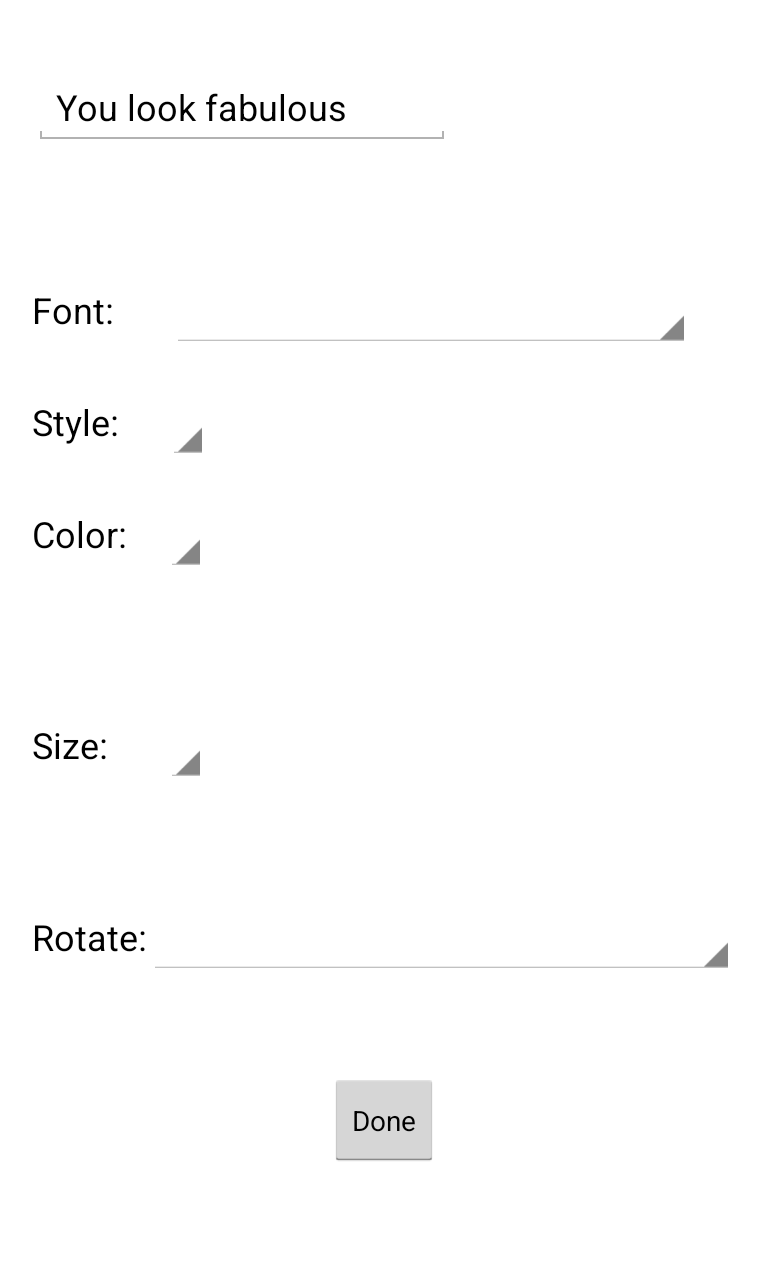
Repository: rtyanas/MyPics
Layout: workspace/MyPic/res/layout/activity_settings.xml
These files come from the project's save history. The layout is drawn as it stood at one moment and after the next save; the edit follows.
It is drawn on a 768 x 1280 px phone screen (xhdpi) without system bars, with theme AppTheme; the app's code is not run.

Above is the layout before, as saved 2013-12-17 19:47:13.

### workspace/MyPic/res/layout/activity_settings.xml
<RelativeLayout xmlns:android="http://schemas.android.com/apk/res/android"
    xmlns:tools="http://schemas.android.com/tools"
    android:id="@+id/message"
    android:layout_width="match_parent"
    android:layout_height="match_parent"
    android:paddingBottom="@dimen/activity_vertical_margin"
    android:paddingLeft="@dimen/activity_horizontal_margin"
    android:paddingRight="@dimen/activity_horizontal_margin"
    android:paddingTop="@dimen/activity_vertical_margin"
    tools:context=".SettingsActivity" >

    <EditText
        android:id="@+id/editText1"
        android:layout_width="wrap_content"
        android:layout_height="wrap_content"
        android:layout_alignParentTop="true"
        android:layout_marginTop="18dp"
        android:ems="10"
        android:text="@string/fabulous" />

    <Button
        android:id="@+id/done"
        style="?android:attr/buttonStyleSmall"
        android:layout_width="wrap_content"
        android:layout_height="wrap_content"
        android:layout_alignParentBottom="true"
        android:layout_centerHorizontal="true"
        android:layout_marginBottom="40dp"
        android:text="@string/done" />

    <LinearLayout
        android:id="@+id/linearLayout1"
        android:layout_width="wrap_content"
        android:layout_height="wrap_content"
        android:layout_alignLeft="@+id/editText1"
        android:layout_below="@+id/editText1"
        android:layout_marginTop="69dp" >

        <TextView
            android:id="@+id/textView2"
            android:layout_width="69dp"
            android:layout_height="wrap_content"
            android:text="@string/font"
            android:textAppearance="?android:attr/textAppearanceMedium" />

        <Spinner
            android:id="@+id/font"
            android:layout_width="261dp"
            android:layout_height="wrap_content" />
    </LinearLayout>

    <LinearLayout
        android:id="@+id/linearLayout2"
        android:layout_width="wrap_content"
        android:layout_height="wrap_content"
        android:layout_alignLeft="@+id/linearLayout1"
        android:layout_below="@+id/linearLayout1"
        android:layout_marginTop="24dp" >

        <TextView
            android:id="@+id/textView1"
            android:layout_width="67dp"
            android:layout_height="wrap_content"
            android:text="@string/style"
            android:textAppearance="?android:attr/textAppearanceMedium" />

        <Spinner
            android:id="@+id/style"
            android:layout_width="wrap_content"
            android:layout_height="wrap_content"
            android:layout_weight="1" />
    </LinearLayout>

    <LinearLayout
        android:id="@+id/linearLayout3"
        android:layout_width="wrap_content"
        android:layout_height="wrap_content"
        android:layout_alignLeft="@+id/linearLayout2"
        android:layout_below="@+id/linearLayout2"
        android:layout_marginTop="24dp" >

        <TextView
            android:id="@+id/textView3"
            android:layout_width="66dp"
            android:layout_height="wrap_content"
            android:text="@string/color_label"
            android:textAppearance="?android:attr/textAppearanceMedium" />

        <Spinner
            android:id="@+id/color"
            android:layout_width="wrap_content"
            android:layout_height="wrap_content"
            android:layout_weight="1" />
    </LinearLayout>

    <LinearLayout
        android:id="@+id/linearLayout4"
        android:layout_width="wrap_content"
        android:layout_height="wrap_content"
        android:layout_above="@+id/done"
        android:layout_alignLeft="@+id/linearLayout3"
        android:layout_marginBottom="83dp" >

        <TextView
            android:id="@+id/textView4"
            android:layout_width="66dp"
            android:layout_height="wrap_content"
            android:text="@string/size_label"
            android:textAppearance="?android:attr/textAppearanceMedium" />

        <Spinner
            android:id="@+id/size"
            android:layout_width="wrap_content"
            android:layout_height="wrap_content"
            android:layout_marginBottom="61dp"
            android:layout_weight="1"  />
    </LinearLayout>

    <LinearLayout
        android:id="@+id/linearLayout5"
        android:layout_width="wrap_content"
        android:layout_height="wrap_content"
        android:layout_above="@+id/done"
        android:layout_alignLeft="@+id/linearLayout4"
        android:layout_marginBottom="48dp" >

        <TextView
            android:id="@+id/textView5"
            android:layout_width="wrap_content"
            android:layout_height="wrap_content"
            android:text="@string/rotate_label"
            android:textAppearance="?android:attr/textAppearanceMedium" />

        <Spinner
            android:id="@+id/rotate"
            android:layout_width="364dp"
            android:layout_height="wrap_content"
            android:layout_weight="1" />
    </LinearLayout>

</RelativeLayout>

### workspace/MyPic/res/values/strings.xml
<?xml version="1.0" encoding="utf-8"?>
<resources>

    <string name="app_name">MyPic</string>
    <string name="action_settings">Settings</string>
    <string name="hello_world">Hello world!</string>
    <string name="fabulous">You look fabulous</string>
    <string name="my_pic_image">myPic Image</string>
    <string name="get_image">Get Image</string>
    <string name="title_activity_get_image">GetImageActivity</string>
    <string name="title_activity_settings">SettingsActivity</string>
    <string name="init_text">You are fabulous</string>
    <string name="done">Done</string>
    <string-array name="Fonts">
        <item >Normal</item>
        <item >Monospace</item>
        <item >Sans Serif</item>
        <item >Serif</item>
    </string-array>
    <string-array name="Color">
        <item >Black</item>
        <item >Red</item>
        <item >Green</item>
        <item >White</item>
        <item >Blue</item>
        <item >Grey</item>
        <item >Cyan</item>
        <item >Dark Gray</item>
        <item >Magenta</item>
        <item >Transparent</item>
        <item >Yellow</item>
    </string-array>
    <string-array name="Style">
        <item >Bold</item>
        <item >Bold Italic</item>
        <item >Italic</item>
        <item >Normal</item>
    </string-array>
    <string-array name="Size">
        <item >12</item>
        <item >16</item>
        <item >18</item>
        <item >24</item>
        <item >28</item>
        <item >32</item>
        <item >36</item>
        <item >40</item>
    </string-array>
    <string-array name="Rotate">
        <item >0</item>
        <item >-90</item>
        <item >90</item>
    </string-array>
        <string name="font">Font:</string>
        <string name="style">Style:</string>
        <string name="color_label">Color:</string>
        <string name="size_label">Size:</string>
        <string name="rotate_label">Rotate:</string>

</resources>

Loaded but not shown: workspace/MyPic/res/values/styles.xml (common file); workspace/MyPic/res/values-v11/styles.xml (common file); workspace/MyPic/res/values-v14/styles.xml (common file); workspace/MyPic/res/values/dimens.xml (common file)

After the next save:
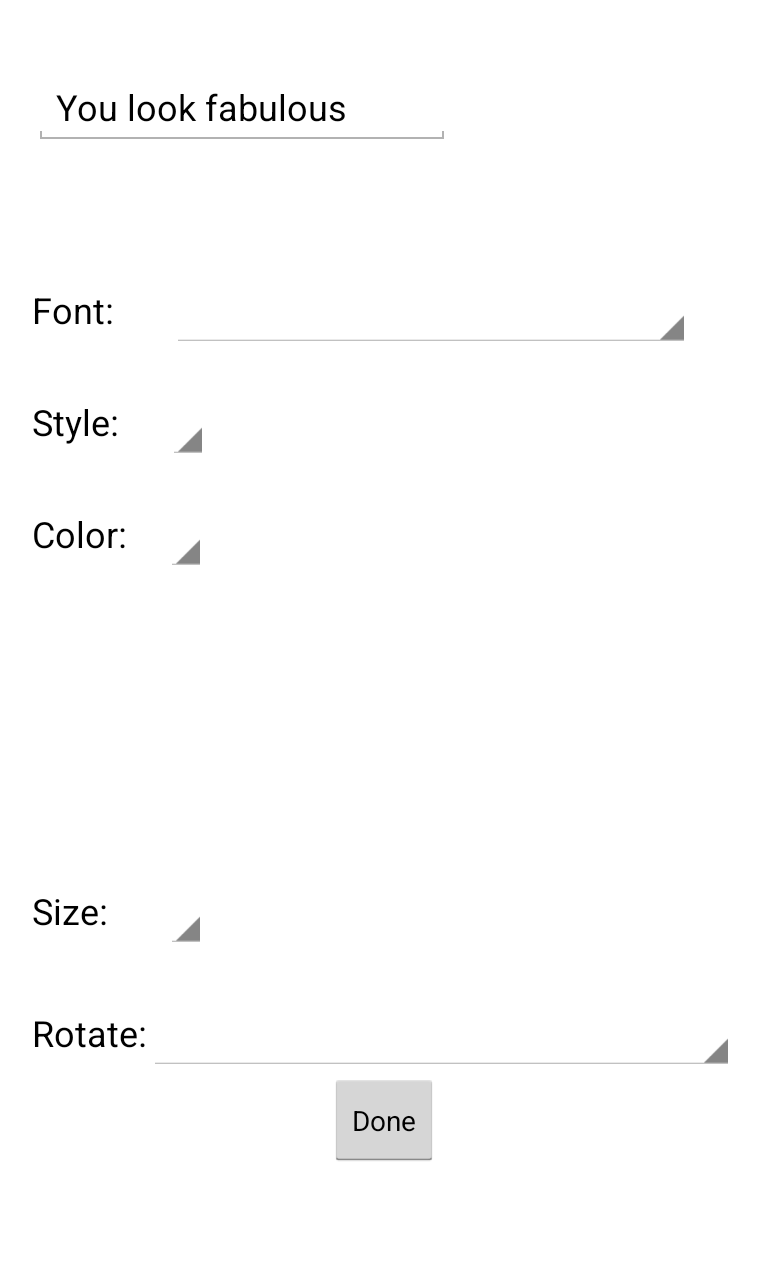
Saved 33 s later.
--- a/workspace/MyPic/res/layout/activity_settings.xml
+++ b/workspace/MyPic/res/layout/activity_settings.xml
@@ -99,7 +99,7 @@
         android:layout_height="wrap_content"
         android:layout_above="@+id/done"
         android:layout_alignLeft="@+id/linearLayout3"
-        android:layout_marginBottom="83dp" >
+        android:layout_marginTop="24dp" >
 
         <TextView
             android:id="@+id/textView4"
@@ -122,7 +122,7 @@
         android:layout_height="wrap_content"
         android:layout_above="@+id/done"
         android:layout_alignLeft="@+id/linearLayout4"
-        android:layout_marginBottom="48dp" >
+        android:layout_marginTop="24dp" >
 
         <TextView
             android:id="@+id/textView5"
